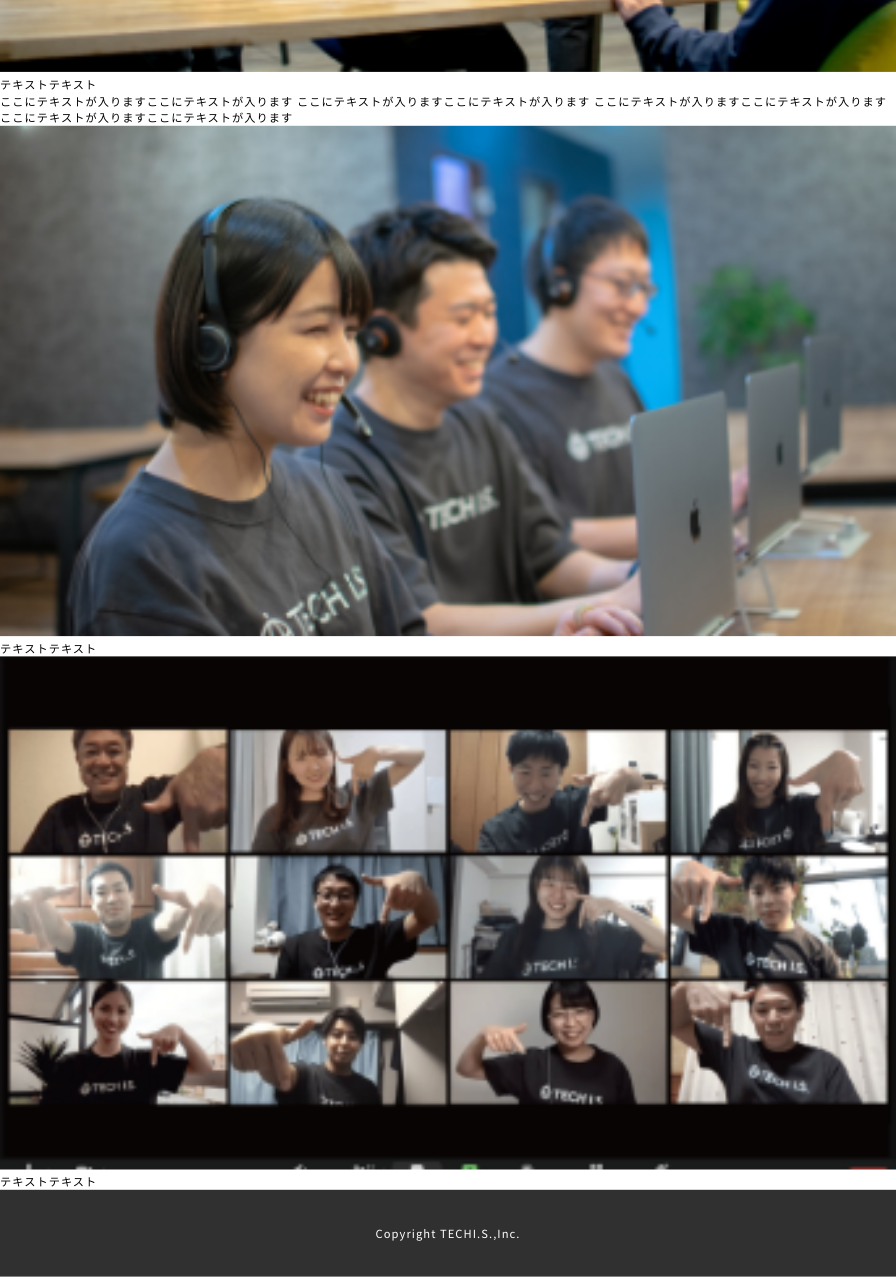
Repository: ryunoesta/lp-techis
Page: indx.html
The author's editor kept a copy of each file at every save. The page is drawn from the files as they stood at one save, then again after a run of saves.
The browser window is 1280 px wide. The pictures show the part of the page from y = 1674 to 3594 px (the page is 3498 px tall before and 3594 px after), at 70% of full size.

Above is the page before, as saved 2022-06-15 22:35:03.

### indx.html
<!DOCTYPE html>
<html lang="ja">
<head>
    <meta charset="UTF-8">
    <meta http-equiv="X-UA-Compatible" content="IE=edge">
    <meta name="viewport" content="width=device-width, initial-scale=1.0">
    <!-- reset css -->
    <link rel="stylesheet" href="./CSS/reset.css">
    <!-- style css -->
    <link rel="stylesheet" href="./CSS/style.css">
    <!-- fontawesome -->
    <link rel="stylesheet" href="https://use.fontawesome.com/releases/v5.15.1/css/all.css">
    <title>プログラミングスクール テックアイエス</title>
</head>
<body>
    <!-- header -->
    <header class="header">
        <h1 class="logo">
            <img src="./img/logo.png" alt="ロゴ画像">
        </h1>
        <ul class="menu-pc">
            <li><a href="#">About</a></li>
            <li><a href="#">Service</a></li>
            <li><a href="#">News</a></li>
            <!-- リンク先追加 -->
            <li><a href="contact"><i class="fas fa-file-signature"></i>Contact</a></li>
        </ul>
    </header>

    <!-- main -->
    <main>
        <!-- fv -->
        <section class="front-fv">
            <img src="./img/top1.png" alt="ファーストビュー">
            <h2>どこにいても、
                <br>
                生まれても、
                <br>
                世界最高の教育が受けられる。
            </h2>
        </section>

        <!-- about -->
        <section class="front-about">
            <h2 class="front-common__title">
                About
            </h2>
            <ul class="front-about__list">
                <li class="front-about__item"><img src="./img/logo.png" alt="ロゴ画像"></li>
                <li class="front-about__item">
                    <div class="front-about_txt">
                        <h3>
                            プログラミングスクール
                            <br>
                            テックアイエス
                        </h3>
                        <p>テキストテキストテキストテキストテキストテキストテキストテキストテキストテキストテキストテキストテキストテキストテキスト テキストテキストテキストテキストテキストテキストテキストテキストテキストテキストテキストテキストテキストテキストテキスト テキストテキストテキストテキストテキストテキストテキストテキストテキストテキストテキストテキストテキストテキストテキスト</p>
                    </div>
                </li>
            </ul>
        </section>

        <!-- service -->
        <section class="front-service">
            <h2 class="front-common__title">
                Service
            </h2>
            <ul class="front-service__list">
                <li class="front-service__item">
                    <img src="./img/service1.png" alt="サービス１">
                    <h3>テキストテキスト</h3>
                    <p>ここにテキストが入りますここにテキストが入ります ここにテキストが入りますここにテキストが入ります ここにテキストが入りますここにテキストが入ります ここにテキストが入りますここにテキストが入ります</p>
                </li>
                <li class="front-service__item">
                    <img src="./img/service2.png" alt="サービス２">
                    <h3>テキストテキスト</h3>
                </li>
                <li class="front-service__item">
                    <img src="./img/service3.png" alt="サービス３">
                    <h3>テキストテキスト</h3>
                </li>
            </ul>
        </section>




    </main>


    <!-- footer -->
    <footer class="footer"> <!-- footerはブロックレベル要素 -->
        <p>
            <small>Copyright TECHI.S.,Inc.</small>
        </p>
    </footer>
</body>
</html>

### CSS/reset.css
*, *::before, *::after {
    box-sizing: border-box;
}
html, body, div, span, applet, object, iframe, h1, h2, h3, h4, h5, h6, p, blockquote, pre, a,
abbr, acronym, address, big, cite, code, del, dfn, em, font, ins, kbd, q, s, samp, small, strike,
strong, sub, sup, tt, var, dl, dt, dd, ol, ul, li, fieldset, form, label, legend, table,
caption, tbody, tfoot, thead, tr, th, td {
    border: 0;
    font-size: 100%;
    font-weight: inherit;
    margin: 0;
    outline: 0;
    padding: 0;
    vertical-align: baseline;
}
body {
    width: 100%;
    height: 100%;
    margin: 0 auto;
    letter-spacing: 1.5px;
    line-height: 1.5;
}
img {
    width: 100%;
    height: 100%;
    top: 0;
    left: 0;
    object-fit: cover;
}
a {
    color: black;
    text-decoration: none;
}
ol, ul {
    list-style: none;
}
table {
    border-collapse: separate;
    border-spacing: 0;
}

### CSS/style.css
/* フォントの設定 */
@import url('https://fonts.googleapis.com/css2?family=Noto+Sans+JP&display=swap');
html, body {
    font-size: 16px;
    font-family: 'Noto Sans JP', sans-serif;
}

/* header */
.header {
    display: flex;
    align-items: center;
    justify-content: space-between;
    max-width: 1100px;
    height: 70px;
    margin: auto;
}

.logo img {
    width: 170px;
    height: auto;
}

.menu-pc {
    display: flex;
    align-items: center;
}

.menu-pc li {
    margin: 0 30px;
}

.menu-pc a {
    font-weight: bold;
}

.menu-pc li:last-child {
    margin-right: 0;
}

.menu-pc li:last-child a {
    display: block;
    color: #fff;
    background: #00abae;
    padding: 10px 30px;
    border-radius: 50px;
}

/* footer */
.footer {
    padding: 50px;  /* paddingにautoはない */
    background: #303030;
}

.footer p {
    color: #fff;
    text-align: center;
}

/* fv */
.front-fv {
    position: relative;
    height: 400px;
}

.front-fv h2 {
    position: absolute;
    top: 50%;
    -webkit-transform: translateY(-50%);
    -moz-transform: translateY(-50%);
    -ms-transform: translateY(-50%);
    -o-transform: translateY(-50%);
    transform: translateY(-50%);
    left: 20%;
    color: #fff;
    font-size: 30px;
    font-weight: bold;
    line-height: 2;
}

/* common */
.front-common__title {
    position: relative;
    font-size: 30px;
    font-weight: bold;
    color: #00abae;
    text-align: center;
    margin-bottom: 50px;
    padding-bottom: 10px;
}

/* about */
.front-about {
    max-width: 1100px;
    margin: 50px auto;
}

.front-about__list {
    display: flex;
    align-items: center;
    justify-content:center;
}

.front-about__item {
    width: 50%;
}

.front-about__item h3 {
    font-size: 25px;
    font-weight: bold;
}

.front-about__item p {
    margin-top: 20px;
}

.front-about__item:first-child{
    margin-right: 30px;
}

.front-about__item:last-child{
    margin-left: 30px;
}

After the next 2 saves:
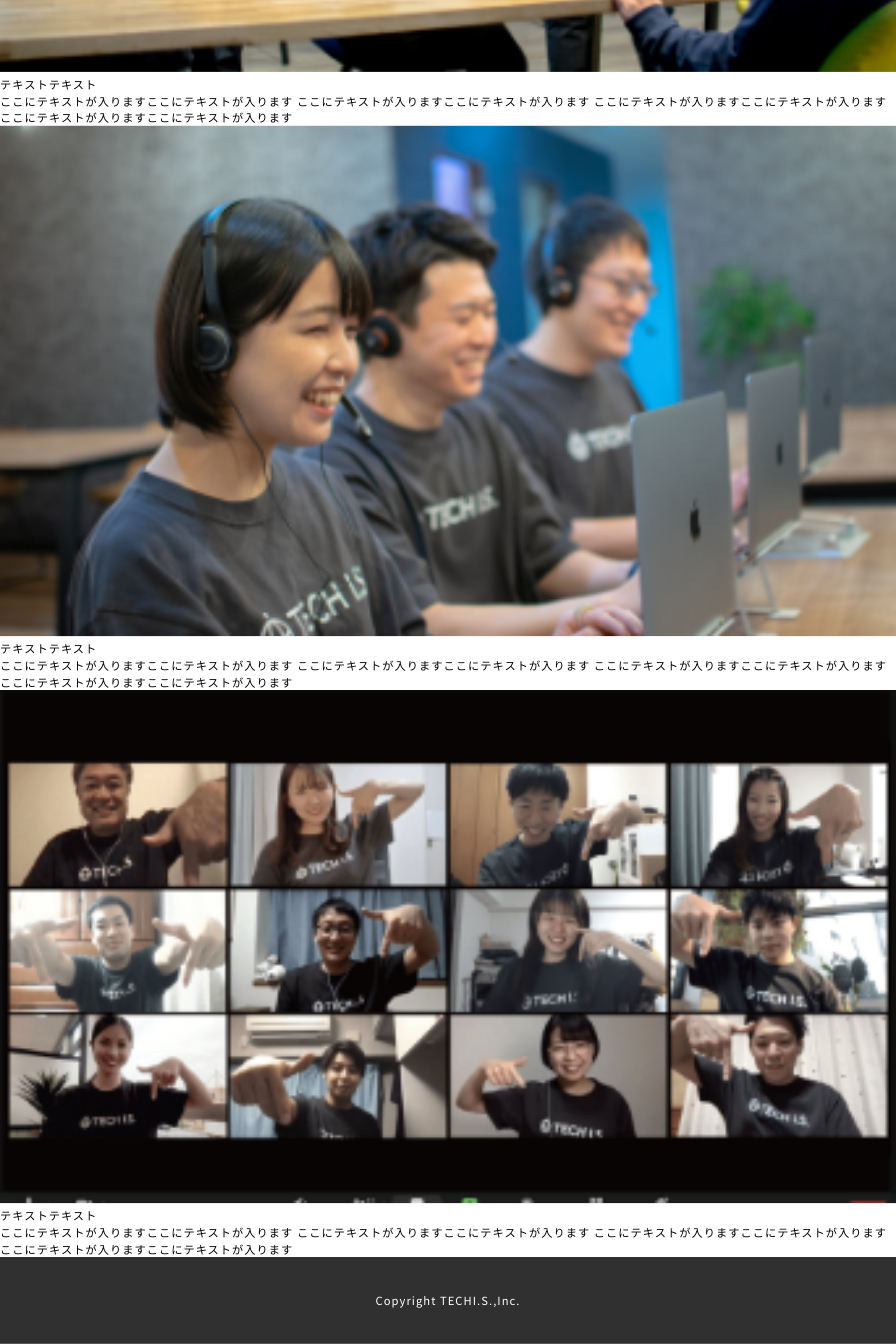
The 2 saves are shown as one change because they came seconds apart.
The last was saved 14 s later.
--- a/indx.html
+++ b/indx.html
@@ -74,10 +74,12 @@
                 <li class="front-service__item">
                     <img src="./img/service2.png" alt="サービス２">
                     <h3>テキストテキスト</h3>
+                    <p>ここにテキストが入りますここにテキストが入ります ここにテキストが入りますここにテキストが入ります ここにテキストが入りますここにテキストが入ります ここにテキストが入りますここにテキストが入ります</p>
                 </li>
                 <li class="front-service__item">
                     <img src="./img/service3.png" alt="サービス３">
                     <h3>テキストテキスト</h3>
+                    <p>ここにテキストが入りますここにテキストが入ります ここにテキストが入りますここにテキストが入ります ここにテキストが入りますここにテキストが入ります ここにテキストが入りますここにテキストが入ります</p>
                 </li>
             </ul>
         </section>
